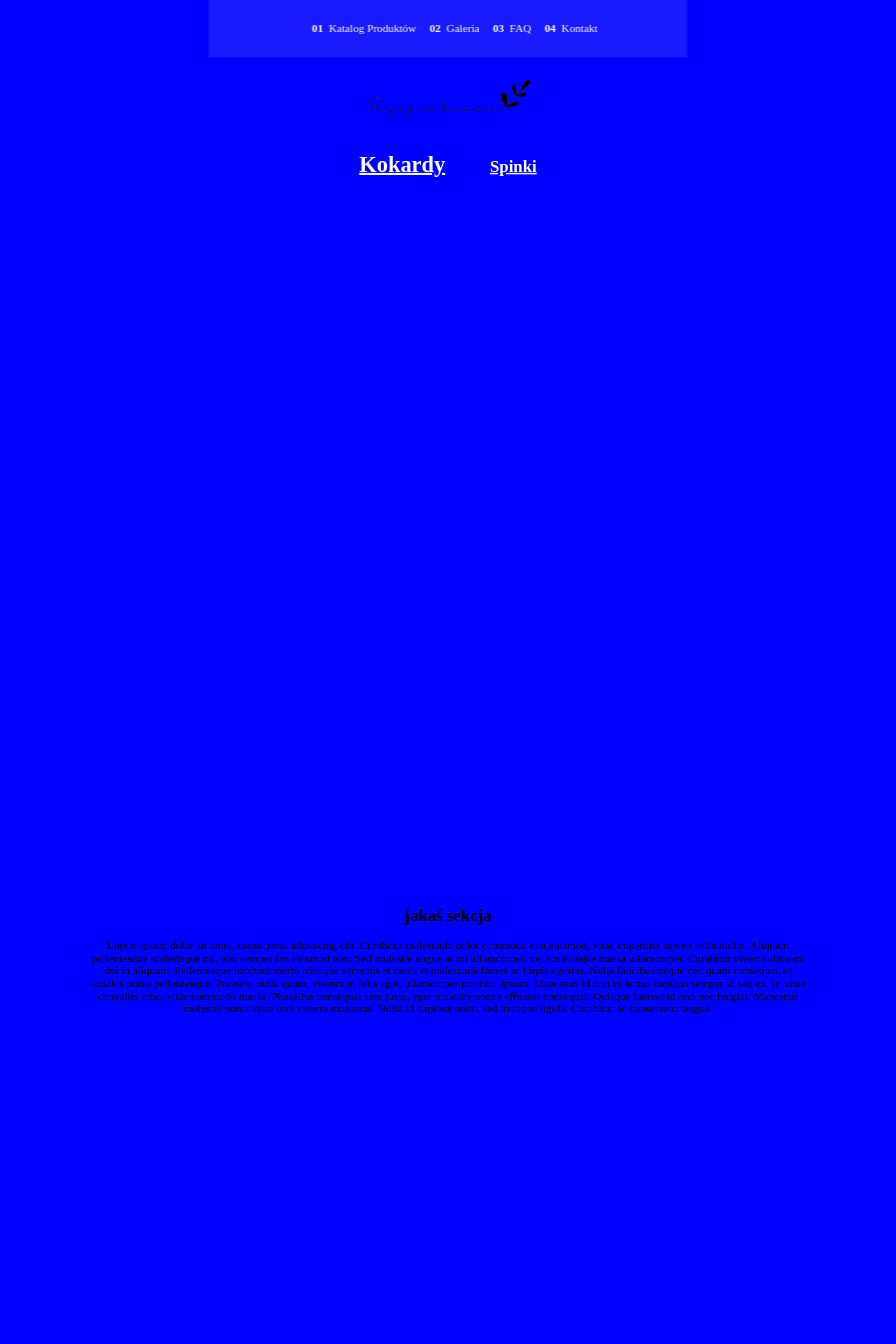
Repository: kowalkos/Rak_projekt
Page: /produkty
An editor plug-in stored every save of this project. The page is shown before and after the next save, followed by the edit.
The browser window is 1280 px wide. The pictures show the part of the page from y = 0 to 1920 px (the page is 2633 px tall before and 2609 px after), at 70% of full size.
The project was rebuilt for these pictures with package versions that can differ from the ones it lists, and the page was loaded fresh each time. Also part of the build but not shown: src/components/galeria/Galeria.js, src/components/main/Main.js, src/components/FAQ/Faq.js, src/components/about/About.js.

Above is the page before, as saved 2022-01-04 12:45:58.

After the next save:
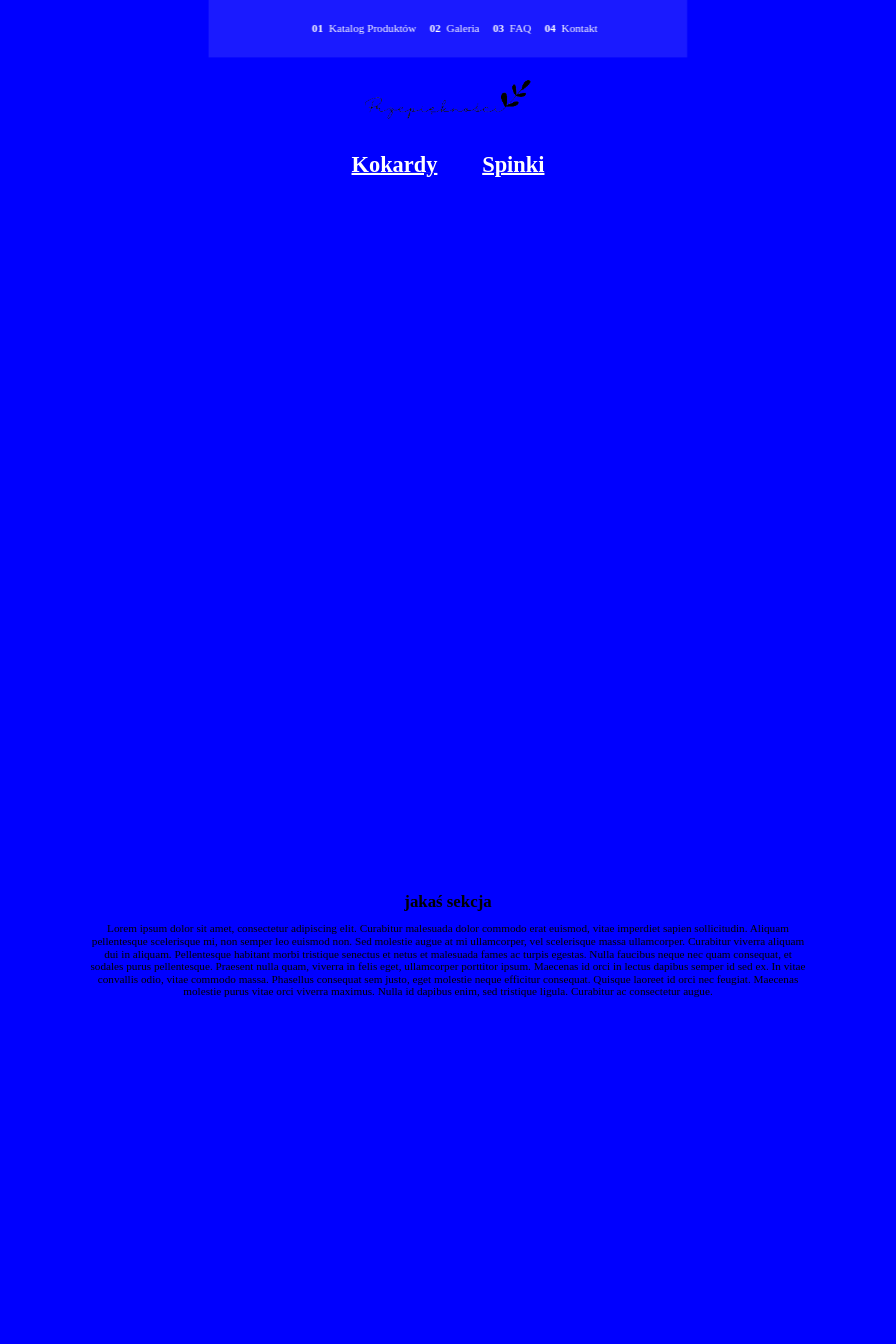
Saved 30 s later.
--- a/src/components/produkty/produkt.js
+++ b/src/components/produkty/produkt.js
@@ -8,12 +8,12 @@ function Produkt(props) {
             <h1 >Kokardy</h1>
         </a>
         <a href='#spinki'>
-            <h2 >Spinki</h2>
+            <h1 >Spinki</h1>
         </a>
         </div>
         <div style={{height:"1000px"}}></div>
         <section id='kokardy'>
-            <h1>jakaś sekcja</h1>
+            <h2>jakaś sekcja</h2>
             <p>
             Lorem ipsum dolor sit amet, consectetur adipiscing elit. Curabitur malesuada dolor commodo erat euismod, vitae imperdiet sapien sollicitudin. Aliquam pellentesque scelerisque mi, non semper leo euismod non. Sed molestie augue at mi ullamcorper, vel scelerisque massa ullamcorper. Curabitur viverra aliquam dui in aliquam. Pellentesque habitant morbi tristique senectus et netus et malesuada fames ac turpis egestas. Nulla faucibus neque nec quam consequat, et sodales purus pellentesque. Praesent nulla quam, viverra in felis eget, ullamcorper porttitor ipsum. Maecenas id orci in lectus dapibus semper id sed ex. In vitae convallis odio, vitae commodo massa. Phasellus consequat sem justo, eget molestie neque efficitur consequat. Quisque laoreet id orci nec feugiat. Maecenas molestie purus vitae orci viverra maximus. Nulla id dapibus enim, sed tristique ligula. Curabitur ac consectetur augue.
             </p>
